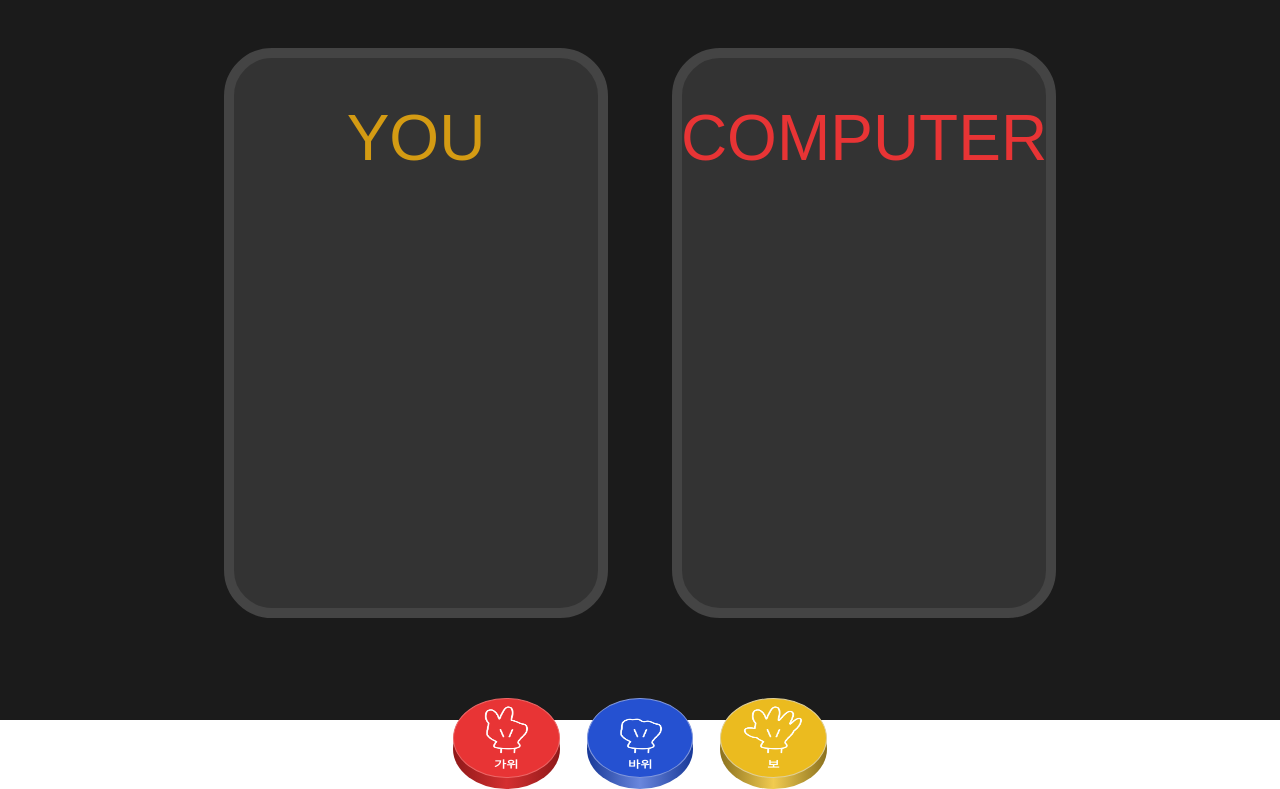
Repository: KIMMIHYE12/classComponent
Page: /
The author's editor kept a copy of each file at every save. The page is drawn from the files as they stood at one save, then again after the next save.
The browser window is 1280 px wide. The pictures show the whole page.
Some web fonts or font styles are not loaded; a fallback is used. The project was rebuilt for these pictures with package versions that can differ from the ones it lists, and the page was loaded fresh each time.

Above is the page before, as saved 2024-03-20 00:43:55.

### src/App.js
import { useState } from "react";
import "./App.css";
import { Box } from "./component/Box";

const choice = {
  scissors: {
    name: "Scissors",
    img: "/images/scissors.png",
    describe: "가위 이미지",
  },
  rock: {
    name: "Rock",
    img: "/images/rock.png",
    describe: "바위 이미지",
  },
  paper: {
    name: "Paper",
    img: "/images/paper.png",
    describe: "보 이미지",
  },
};

function App() {
  const [userSelect, setUserSelect] = useState(null);
  const [computerSelect, setComputerSelect] = useState(null);
  const [result, setResult] = useState("");

  const play = (userChoice) => {
    setUserSelect(choice[userChoice]);
    let computerChoice = remdomChoice();
    setComputerSelect(computerChoice);
    setResult(judgement(choice[userChoice], computerChoice));
  };

  const remdomChoice = () => {
    let itemArray = Object.keys(choice);
    let randomItem = Math.floor(Math.random() * itemArray.length);
    let final = itemArray[randomItem];
    return choice[final];
  };

  const judgement = (user, computer) => {
    if (user.name === computer.name) {
      return "Tie";
    } else if (user.name === "Scissors")
      return computer.name === "Paper" ? "Win" : "Lose";
    else if (user.name === "Rock")
      return computer.name === "Scissors" ? "Win" : "Lose";
    else if (user.name === "Paper")
      return computer.name === "Rock" ? "Win" : "Lose";
  };

  return (
    <div className='content'>
      <div className='game_screen'>
        <Box title='YOU' item={userSelect} result={result} />
        <Box title='COMPUTER' item={computerSelect} result={result} />
      </div>
      <div className='btn_wrap'>
        <button
          className='scissors'
          onClick={() => {
            play("scissors");
          }}
        >
          <div className='btn_items'>
            <img src='/images/btn_scissors.png' alt='가위 이미지' />
            <span>가위</span>
          </div>
        </button>
        <button
          className='rock'
          onClick={() => {
            play("rock");
          }}
        >
          <div className='btn_items'>
            <img src='/images/btn_rock.png' alt='바위 이미지' />
            <span>바위</span>
          </div>
        </button>
        <button
          className='paper'
          onClick={() => {
            play("paper");
          }}
        >
          <div className='btn_items'>
            <img src='/images/btn_paper.png' alt='보 이미지' />
            <span>보</span>
          </div>
        </button>
      </div>
    </div>
  );
}

export default App;

### src/App.css
@import url("https://use.typekit.net/ebb2deg.css");

@font-face {
  font-family: "GmarketSansMedium";
  src: url("https://cdn.jsdelivr.net/gh/projectnoonnu/noonfonts_2001@1.1/GmarketSansMedium.woff")
    format("woff");
  font-weight: normal;
  font-style: normal;
}

* {
  box-sizing: border-box;
}

.content {
  height: 100vh;
  padding: 3em 0;
  background-color: #1b1b1b;
}

.game_screen {
  width: 100%;
  display: flex;
  justify-content: center;
}

.box {
  width: 30%;
  display: flex;
  flex-direction: column;
  align-items: center;
  margin: 0 2em;
  border: 10px solid #444;
  background: #333;
  border-radius: 3rem;
}

.neon {
  border: 10px solid #fff;
  box-shadow: 0 0 10px #fff, 0 0 10px #fff, 0 0 24px #f5b70c, 0 0 16px #f5b70c,
    0 0 24px #f5b70c, inset 0 0 10px #f5b70c;
}

h1 {
  font-size: 4em;
  color: #e83435;
  font-family: "gloridot", sans-serif;
  font-weight: 400;
  font-style: normal;
}

h2 {
  height: 2em;
  font-size: 2em;
  color: #e83435;
  font-family: "gloridot", sans-serif;
  font-weight: 400;
  font-style: normal;
  letter-spacing: 0.3rem;
}

.img_wrap {
  width: 70%;
  height: 0;
  padding-bottom: 75%;
}

img {
  width: 100%;
}

.btn_wrap {
  position: relative;
  margin-top: 5em;
  display: flex;
  justify-content: center;
  z-index: 1;
}

.btn_wrap button {
  position: relative;
  width: 8em;
  height: 6em;
  margin: 0 1em;
  border-radius: 50%;
  top: 0;
  outline: 0;
  font-family: "GmarketSansMedium";
}

.btn_wrap button.scissors {
  background-color: #e83435;
  border: 1px solid #ec6666;
}

.btn_wrap button.rock {
  background-color: #2551d1;
  border: 1px solid #8097dc;
}

.btn_wrap button.paper {
  background-color: #ebbb1f;
  border: 1px solid #dfcf98;
}

.btn_wrap button:before {
  width: 8em;
  height: 6em;
  display: inline-block;
  content: "";
  position: absolute;
  top: 10px;
  left: -1px;
  right: 0;
  background: red;
  border-radius: 50%;
  z-index: -1;
}

.btn_wrap button.scissors:before {
  background: linear-gradient(
    90deg,
    rgba(143, 25, 25, 1) 0%,
    rgba(212, 47, 48, 1) 50%,
    rgba(143, 25, 25, 1) 100%
  );
}

.btn_wrap button.rock:before {
  background: linear-gradient(
    90deg,
    rgba(23, 56, 152, 1) 0%,
    rgba(106, 135, 221, 1) 50%,
    rgba(23, 56, 152, 1) 100%
  );
}

.btn_wrap button.paper:before {
  background: linear-gradient(
    90deg,
    rgba(139, 113, 30, 1) 0%,
    rgba(241, 203, 80, 1) 50%,
    rgba(139, 113, 30, 1) 100%
  );
}

.btn_wrap button:active {
  top: 4px;
}

.btn_wrap button:active:before {
  top: 6px;
}

.btn_items {
  display: flex;
  flex-direction: column;
  align-items: center;
  transform: translate(0, -5px) scale(100%, 75%);
}

.btn_items img {
  width: 65%;
}

.btn_items span {
  font-size: 1em;
  font-weight: 700;
  color: white;
  margin-top: 5px;
}

.you {
  color: #d49b13;
}

### src/component/Box.js
import React from "react";

export const Box = (props) => {
  let result;
  console.log("title", props.title);

  if (
    props.title === "COMPUTER" &&
    props.result !== "Tie" &&
    props.result !== ""
  ) {
    result = props.result === "Win" ? "Lose" : "Win";
  } else {
    result = props.result;
  }

  return (
    <div className={`box ${result === "Lose" || result === "" ? "" : "neon"}`}>
      <h1 className={props.title === "YOU" ? "you" : ""}>{props.title}</h1>
      <div className='img_wrap'>
        <img
          src={props.item && props.item.img}
          alt={props.item && props.item.describe}
        />
      </div>

      <h2>{result}</h2>
    </div>
  );
};

Loaded but not shown: public/index.html (common file); src/index.js (common file); src/index.css (common file); src/reportWebVitals.js (common file)

After the next save:
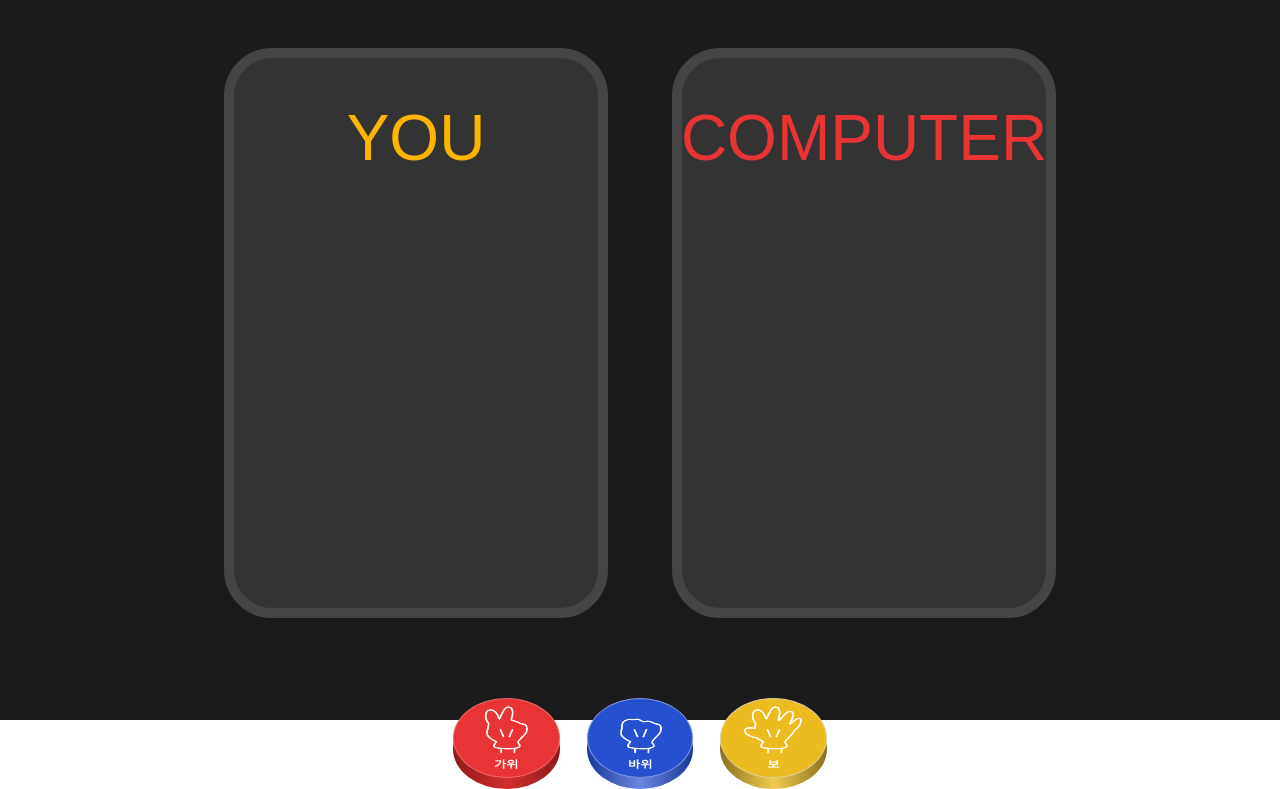
Saved 25 s later.
--- a/src/App.css
+++ b/src/App.css
@@ -171,5 +171,5 @@ img {
 }
 
 .you {
-  color: #d49b13;
+  color: #ffb400;
 }
